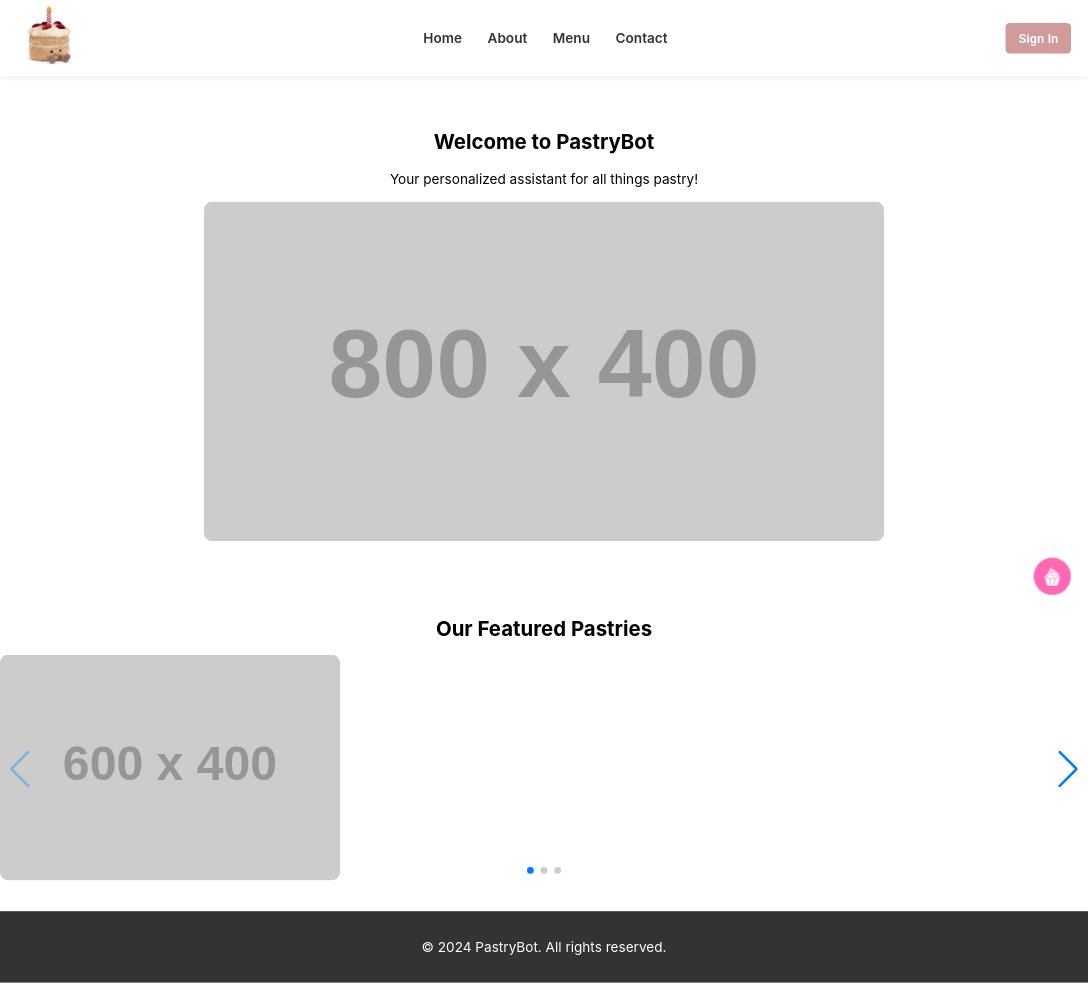
Repository: agrnerd17/Website-Chatbot
Page: / (app in pastry-chatbot/)
These files come from the project's save history. The page is drawn as it stood at one moment and after a run of saves; the edit follows.
The browser window is 1280 px wide. The pictures show the whole page, at 85% of full size.
The project was rebuilt for these pictures with package versions that can differ from the ones it lists, and the page was loaded fresh each time. Also part of the build but not shown: pastry-chatbot/src/components/Chatbot.js.

Above is the page before, as saved 2024-12-09 16:46:17.

After the next 2 saves:
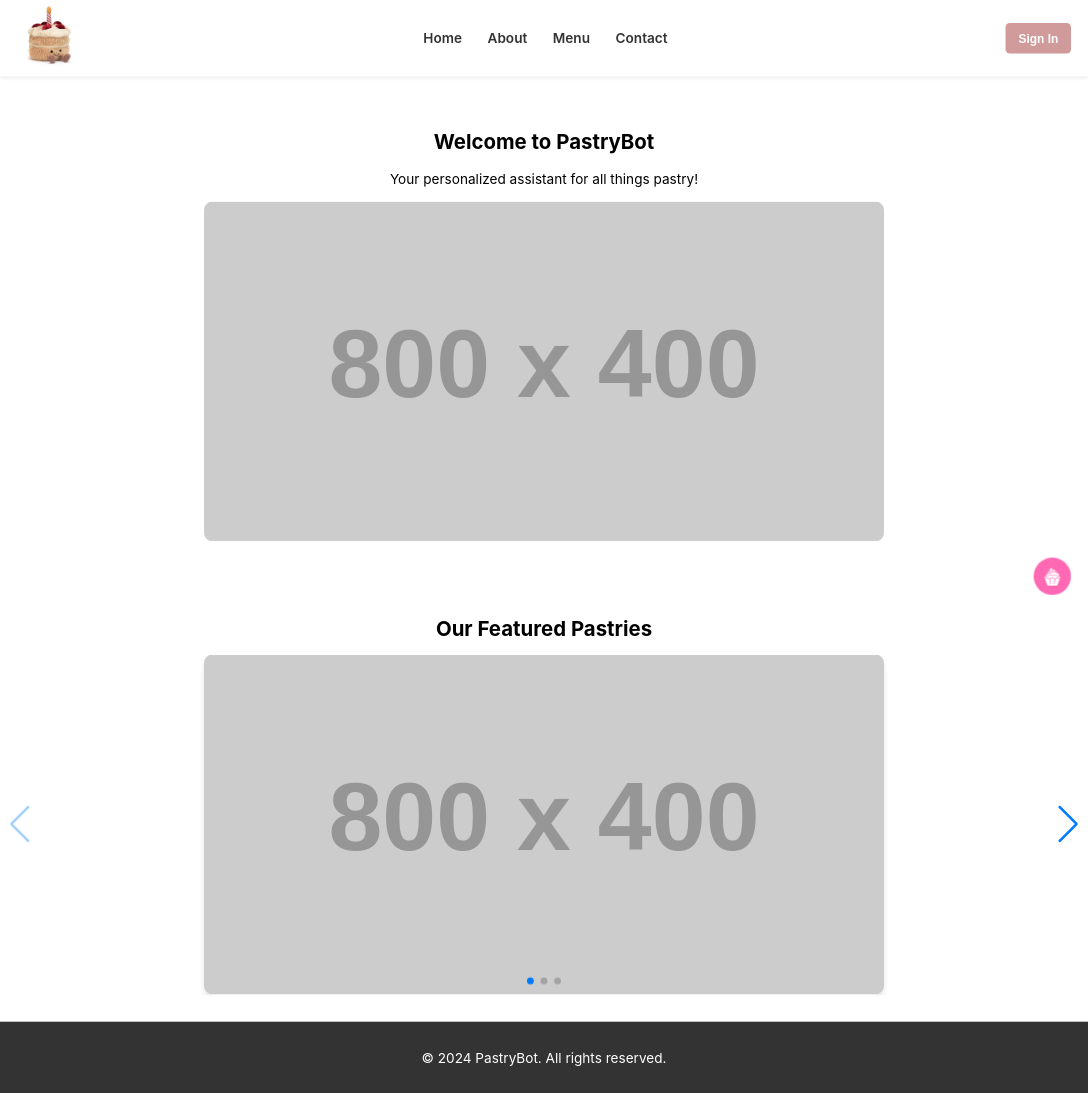
The 2 saves are shown as one change because 1 did not build or start.
The last was saved 2 min 43 s later.
--- a/pastry-chatbot/src/components/Homepage.js
+++ b/pastry-chatbot/src/components/Homepage.js
@@ -7,7 +7,29 @@ import "swiper/css/pagination";
 
 
 const Homepage = () => {
+    const carouselStyle = {
+        width: '100%',
+        maxWidth: '800px',
+        margin: '0 auto',
+        padding: '20px 0',
+      };
+
+      const slideContainerStyle = {
+        display: 'flex',
+        justifyContent: 'center',
+        alignItems: 'center',
+        width: '100%',
+      };
+
+      const imageStyle = {
+        maxWidth: '100%',
+        maxHeight: '400px',
+        objectFit: 'contain',
+        borderRadius: '10px',
+        boxShadow: '0 4px 6px rgba(0, 0, 0, 0.1)',
+      };
   return (
+
     <div>
       {/* Hero Section */}
       <section style={{ textAlign: 'center', padding: '2rem 0', backgroundColor: '#0000' }}>
@@ -30,25 +52,25 @@ const Homepage = () => {
           spaceBetween={20}
           slidesPerView={1}
         >
-          <SwiperSlide>
+           <SwiperSlide style={slideContainerStyle}>
             <img
-              src="https://via.placeholder.com/600x400"
+              src="https://via.placeholder.com/800x400.png?text=Pastry+1"
               alt="Pastry 1"
-              style={{ width: '100%', maxWidth: '400px', height: 'auto', margin: '0 auto', borderRadius: '10px' }}
+              style={imageStyle}
             />
           </SwiperSlide>
-          <SwiperSlide>
+          <SwiperSlide style={slideContainerStyle}>
             <img
-              src="https://via.placeholder.com/600x400"
+              src="https://via.placeholder.com/800x400.png?text=Pastry+2"
               alt="Pastry 2"
-              style={{ width: '100%', maxWidth: '400px', height: 'auto', margin: '0 auto', borderRadius: '10px' }}
+              style={imageStyle}
             />
           </SwiperSlide>
-          <SwiperSlide>
+          <SwiperSlide style={slideContainerStyle}>
             <img
-              src="https://via.placeholder.com/600x400"
+              src="https://via.placeholder.com/800x400.png?text=Pastry+3"
               alt="Pastry 3"
-              style={{ width: '100%', maxWidth: '400px', height: 'auto', margin: '0 auto', borderRadius: '10px' }}
+              style={imageStyle}
             />
           </SwiperSlide>
         </Swiper>
